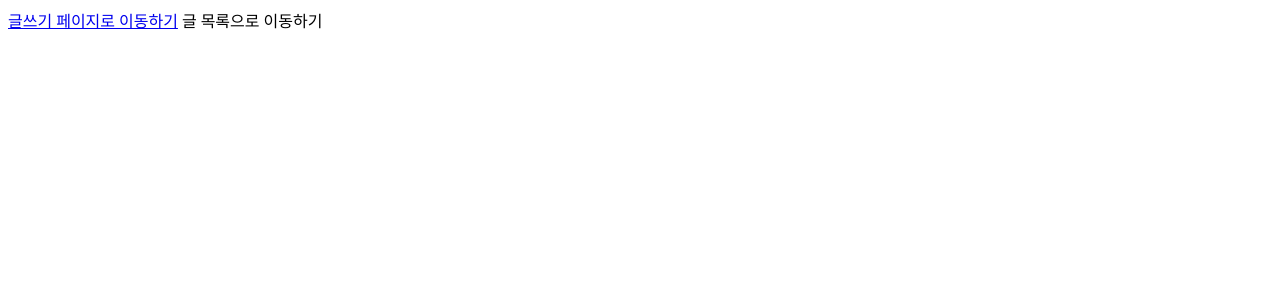
Repository: Baekdusan-baekho/jsp_practice
Page: JspBasic/src/main/webapp/index.html
These files come from the project's save history. The page is drawn as it stood at one moment and after the next save; the edit follows.
The browser window is 1280 px wide. The pictures show the whole page.

Above is the page before, as saved 2023-09-14 06:32:36.

After the next save:
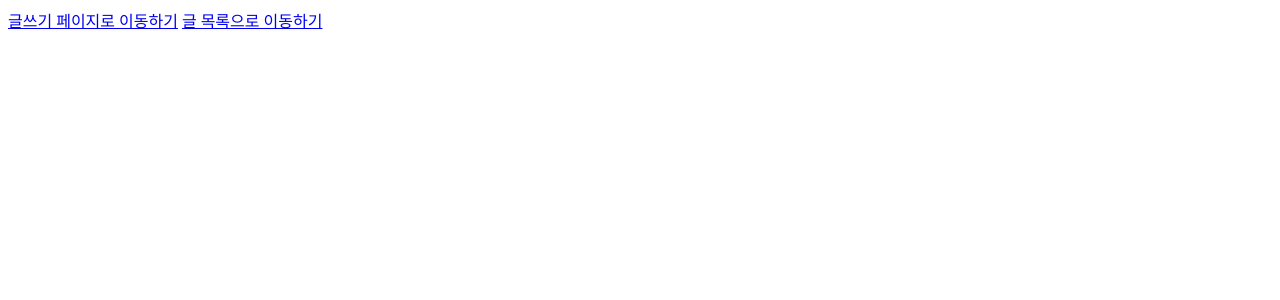
Saved 33 s later.
--- a/JspBasic/src/main/webapp/index.html
+++ b/JspBasic/src/main/webapp/index.html
@@ -8,7 +8,7 @@
 
 
 	<a href="/JspBasic/write.board">글쓰기 페이지로 이동하기</a>
-	<a herf="/JspBasic/list.board">글 목록으로 이동하기</a>
+	<a href="/JspBasic/list.board">글 목록으로 이동하기</a>
 
 </body>
 </html>
